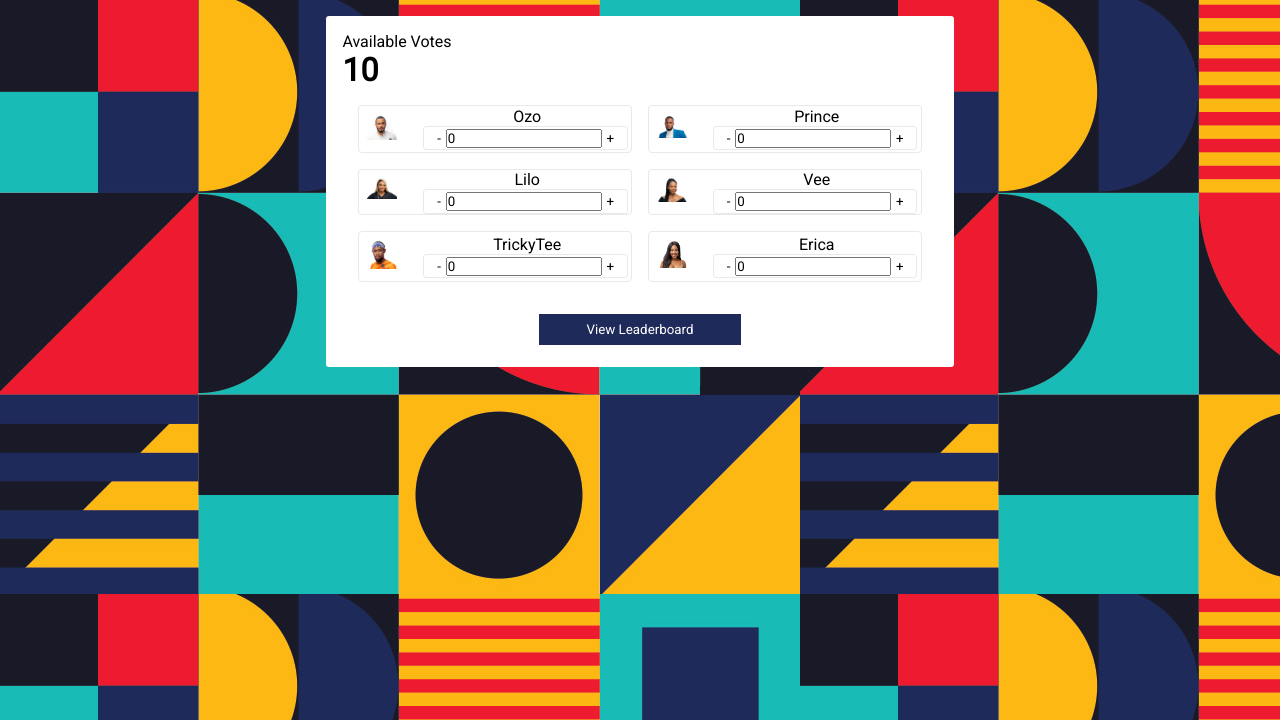
Repository: Eredun/bbn-voting
Page: index.html
These files come from the project's save history. The page is drawn as it stood at one moment and after the next save; the edit follows.
The browser window is 1280 px wide. The pictures show the whole page.

Above is the page before, as saved 2020-08-21 23:25:16.

After the next save:
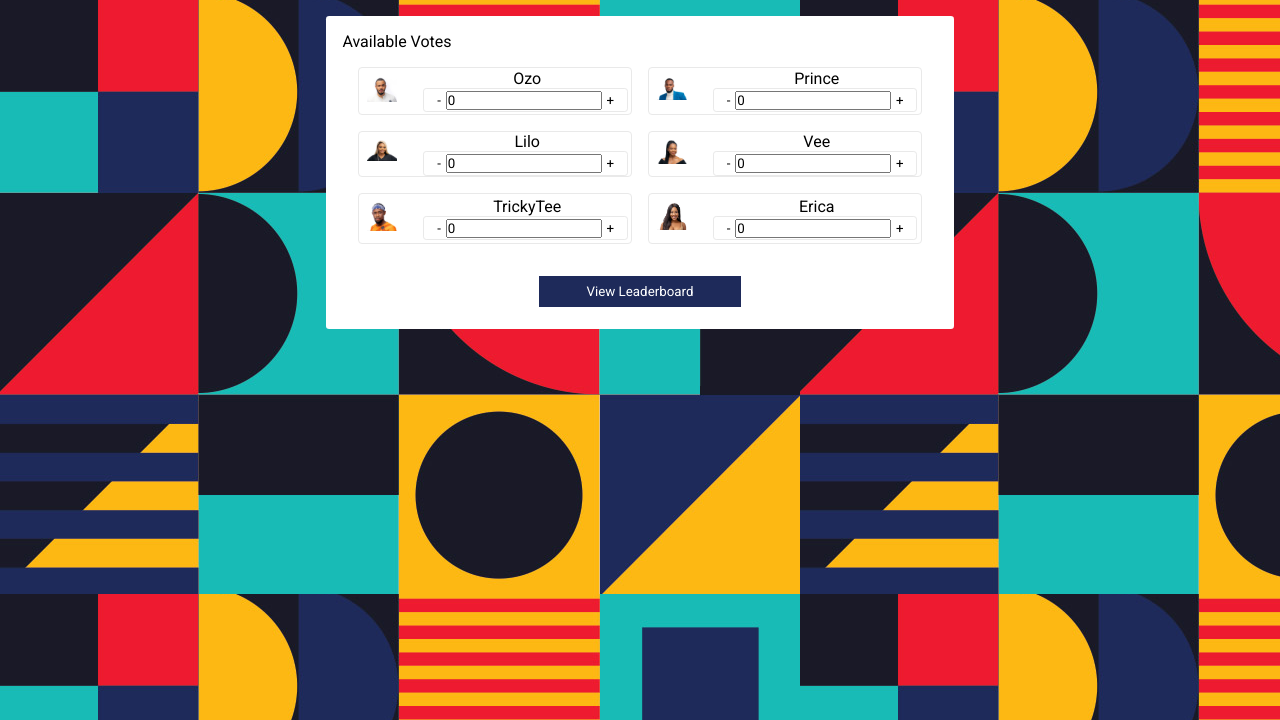
Console error: SyntaxError: Unexpected token ']'
Saved 115 s later.
--- a/app.js
+++ b/app.js
@@ -106,6 +106,11 @@ for (let i = 0; i < 6; i++) {
       console.log(housemates);
     }
   })
+}
+
+
+for(let i = 0; i < 6; i++) {
+  minusBtn[]
 }
 
 

After the 2 saves that followed:
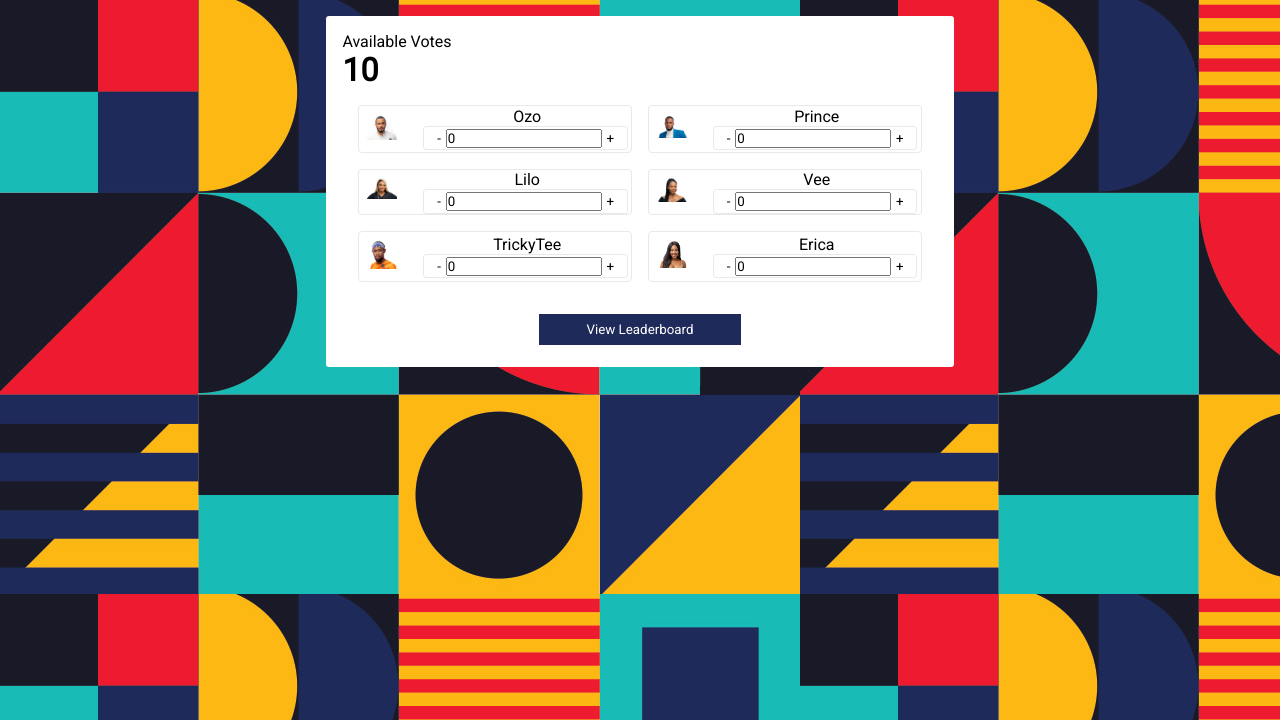
The error is gone.
The 2 saves are shown as one change because 1 left the picture as it was.
The last was saved 4 min 29 s later.
--- a/app.js
+++ b/app.js
@@ -110,7 +110,11 @@ for (let i = 0; i < 6; i++) {
 
 
 for(let i = 0; i < 6; i++) {
-  minusBtn[]
+  minusBtn[i].addEventListener('click', e => {
+    if (votes === 0) {
+      addVotes();
+    }
+  })
 }
 
 
